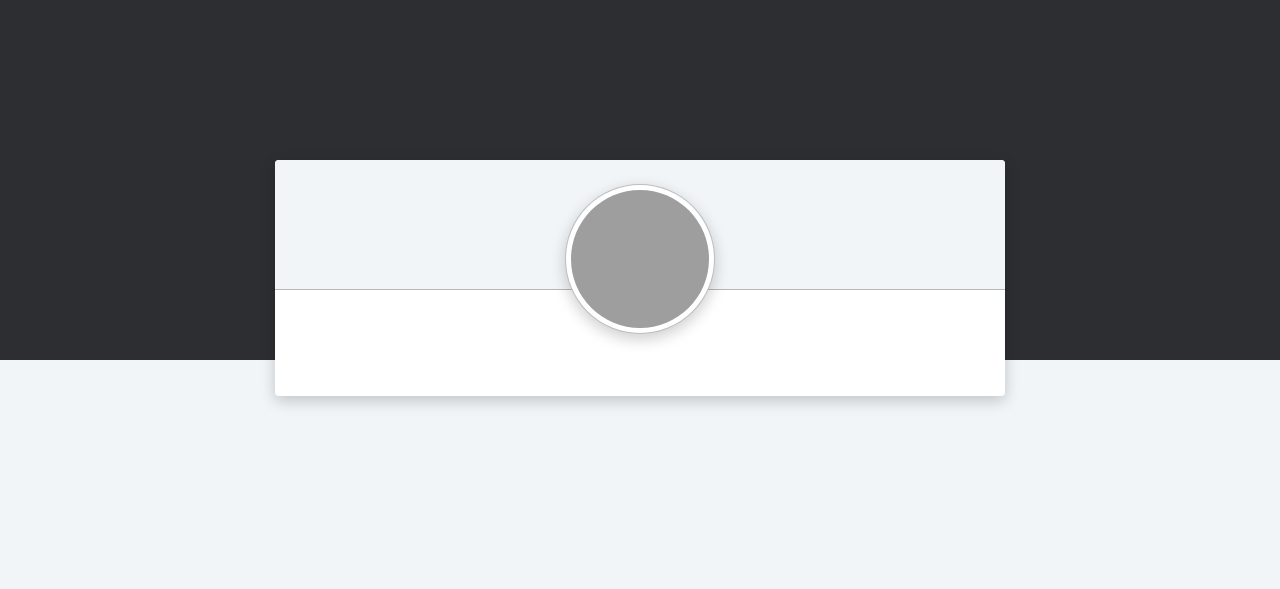
Repository: bodescuanamariia/random-user-generator
Page: /
The author's editor kept a copy of each file at every save. The page is drawn from the files as they stood at one save, then again after the next save.
The browser window is 1280 px wide. The pictures show the whole page.
Pictures or frames that could not be fetched are drawn as grey boxes. The project was rebuilt for these pictures with package versions that can differ from the ones it lists, and the page was loaded fresh each time.

Above is the page before, as saved 2022-05-11 11:33:46.

### src/index.css
/*
===============
Variables
===============
*/

:root {
  /* dark shades of primary color*/
  --clr-primary-1: hsl(205, 86%, 17%);
  --clr-primary-2: hsl(205, 77%, 27%);
  --clr-primary-3: hsl(205, 72%, 37%);
  --clr-primary-4: hsl(205, 63%, 48%);
  /* primary/main color */
  --clr-primary-5: hsl(205, 78%, 60%);
  /* lighter shades of primary color */
  --clr-primary-6: hsl(205, 89%, 70%);
  --clr-primary-7: hsl(205, 90%, 76%);
  --clr-primary-8: hsl(205, 86%, 81%);
  --clr-primary-9: hsl(205, 90%, 88%);
  --clr-primary-10: hsl(205, 100%, 96%);
  /* darkest grey - used for headings */
  --clr-grey-1: hsl(209, 61%, 16%);
  --clr-grey-2: hsl(211, 39%, 23%);
  --clr-grey-3: hsl(209, 34%, 30%);
  --clr-grey-4: hsl(209, 28%, 39%);
  /* grey used for paragraphs */
  --clr-grey-5: hsl(210, 22%, 49%);
  --clr-grey-6: hsl(209, 23%, 60%);
  --clr-grey-7: hsl(211, 27%, 70%);
  --clr-grey-8: hsl(210, 31%, 80%);
  --clr-grey-9: hsl(212, 33%, 89%);
  --clr-grey-10: hsl(210, 36%, 96%);
  --clr-white: #fff;
  --clr-red-dark: hsl(360, 67%, 44%);
  --clr-red-light: hsl(360, 71%, 66%);
  --clr-green-dark: hsl(125, 67%, 44%);
  --clr-green-light: hsl(125, 71%, 66%);
  --clr-black: #222;
  --transition: all 0.3s linear;
  --spacing: 0.1rem;
  --radius: 0.25rem;
  --light-shadow: 0 5px 15px rgba(0, 0, 0, 0.1);
  --dark-shadow: 0 5px 15px rgba(0, 0, 0, 0.2);
  --max-width: 1170px;
  --fixed-width: 620px;
}
/*
===============
Global Styles
===============
*/

*,
::after,
::before {
  margin: 0;
  padding: 0;
  box-sizing: border-box;
}
body {
  font-family: -apple-system, BlinkMacSystemFont, "Segoe UI", Roboto, Oxygen,
    Ubuntu, Cantarell, "Open Sans", "Helvetica Neue", sans-serif;
  background: var(--clr-grey-10);
  color: var(--clr-grey-1);
  line-height: 1.5;
  font-size: 0.875rem;
}
ul {
  list-style-type: none;
}
a {
  text-decoration: none;
}
h1,
h2,
h3,
h4 {
  letter-spacing: var(--spacing);
  text-transform: capitalize;
  line-height: 1.25;
  margin-bottom: 0.75rem;
}
h1 {
  font-size: 2.5rem;
}
h2 {
  font-size: 2rem;
}
h3 {
  font-size: 1.25rem;
}
h4 {
  font-size: 0.875rem;
}
p {
  margin-bottom: 1.25rem;
  color: var(--clr-grey-3);
}
@media screen and (min-width: 800px) {
  h1 {
    font-size: 3rem;
  }
  h2 {
    font-size: 2.5rem;
  }
  h3 {
    font-size: 1.75rem;
  }
  h4 {
    font-size: 1rem;
  }
  body {
    font-size: 1rem;
  }
  h1,
  h2,
  h3,
  h4 {
    line-height: 1;
  }
}
/*  global classes */

.btn {
  text-transform: uppercase;
  background: var(--clr-primary-5);
  color: var(--clr-white);
  padding: 0.375rem 0.75rem;
  letter-spacing: var(--spacing);
  display: block;
  transition: var(--transition);
  font-size: 0.875rem;
  border: 2px solid var(--clr-primary-5);
  cursor: pointer;
  box-shadow: 0 1px 3px rgba(0, 0, 0, 0.2);
  border-radius: var(--radius);
}
.btn:hover {
  color: var(--clr-primary-5);
  background: var(--clr-primary-1);
  border-color: var(--clr-primary-1);
}
/* section */
.section {
  padding: 5rem 0;
}

.section-center {
  width: 90vw;
  margin: 0 auto;
  max-width: 1170px;
}
@media screen and (min-width: 992px) {
  .section-center {
    width: 95vw;
  }
}

/* container */
.block {
  min-height: 50vh;
}
.bcg-black {
  background: #2c2e31;
}

.container {
  width: 90vw;
  max-width: 730px;
  background: var(--clr-white);
  margin: 0 auto;
  margin-top: -200px;
  border-radius: var(--radius);
  position: relative;
  text-align: center;
  padding: 1.5rem;
  box-shadow: var(--dark-shadow);
}

.container::before {
  content: "";
  position: absolute;
  top: 0;
  left: 0;
  width: 100%;
  height: 130px;
  background: var(--clr-grey-10);
  border-top-left-radius: var(--radius);
  border-top-right-radius: var(--radius);
  border-bottom: 1px solid rgba(0, 0, 0, 0.25);
}
.container img {
  width: 150px;
  height: 150px;
  position: relative;
  border-radius: 50%;
  padding: 5px;
  background: var(--clr-white);
  border: 1px solid rgba(0, 0, 0, 0.25);
  margin-bottom: 2rem;
  box-shadow: var(--dark-shadow);
}

.user-title {
  font-size: 18px;
  margin-bottom: 0;
}
.user-value {
  color: var(--clr-grey-1);
  font-size: 28px;
}
.values-list {
  display: grid;
  grid-template-columns: repeat(6, 1fr);
  justify-content: center;
}
.icon {
  background: transparent;
  border: transparent;
  font-size: 1.5rem;
  cursor: pointer;
  color: var(--clr-grey-5);
  transition: var(--transition);
}
.icon:hover {
  color: var(--clr-primary-5);
}
.active {
  color: var(--clr-primary-5);
}
.btn {
  margin: 0 auto;
  margin-top: 1.5rem;
}

@media screen and (min-width: 800px) {
  .user-value {
    font-size: 38px;
  }
  .icon {
    font-size: 2rem;
  }
}

### src/App.js
import React, { useState, useEffect } from "react";
import {
  FaEnvelopeOpen,
  FaUser,
  FaCalendarTimes,
  FaMap,
  FaPhone,
  FaLock,
} from "react-icons/fa";
const url = "https://randomuser.me/api/";
const defaultImage = "https://randomuser.me/api/portraits/men/75.jpg";
function App() {
  const [loading, setLoading] = useState(true);
  const [person, setPerson] = useState(null);
  const [title, setTitle] = useState("name");
  const [value, setValue] = useState("random person");

  const handleValue = (e) => {
    console.log(e.target.value);
  };

  return (
    <main>
      <div className="block bcg-black"></div>
      <div className="block">
        <div className="container">
          <img
            src={(person && person.img) || defaultImage}
            alt="random user"
            className="user-img"
          />
        </div>
      </div>
    </main>
  );
}

export default App;

Loaded but not shown: public/index.html (common file); src/index.js (common file)

After the next save:
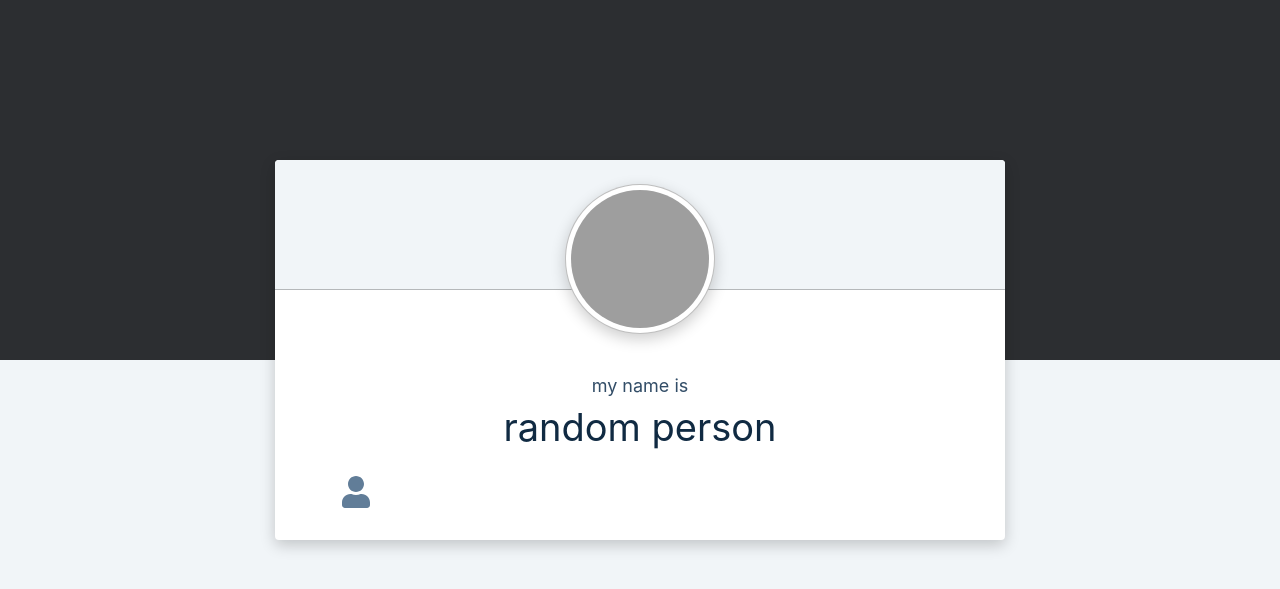
Saved 107 s later.
--- a/src/App.js
+++ b/src/App.js
@@ -29,6 +29,17 @@ function App() {
             alt="random user"
             className="user-img"
           />
+          <p className="user-title">my {title} is</p>
+          <p className="user-value">{value}</p>
+          <div className="values-list">
+            <button
+              className="icon"
+              data-label="name"
+              onMouseOver={handleValue}
+            >
+              <FaUser />
+            </button>
+          </div>
         </div>
       </div>
     </main>
